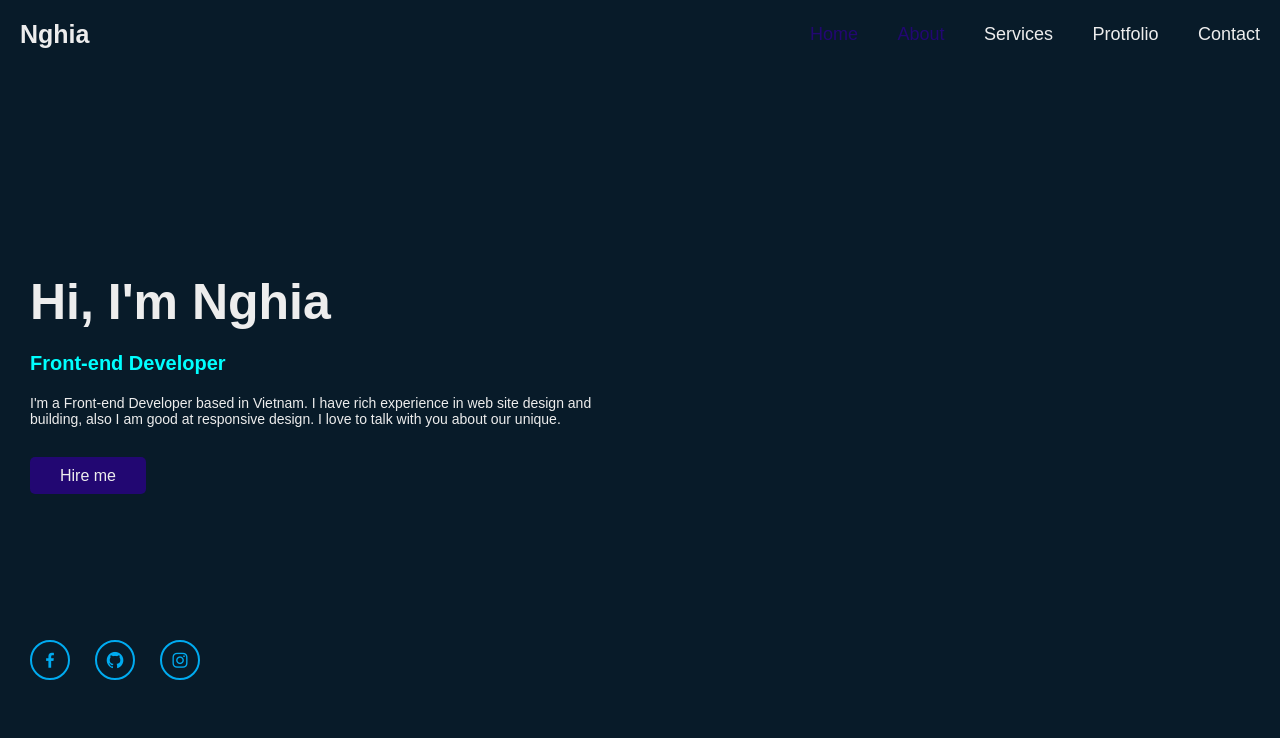
Repository: dangthongnghia/dangthongnghia.github.io
Page: Profile/about.html
An editor plug-in stored every save of this project. The page is shown before and after the next save, followed by the edit.
The browser window is 1280 px wide. The pictures show the whole page.

Above is the page before, as saved 2024-06-01 15:41:32.

After the next save:
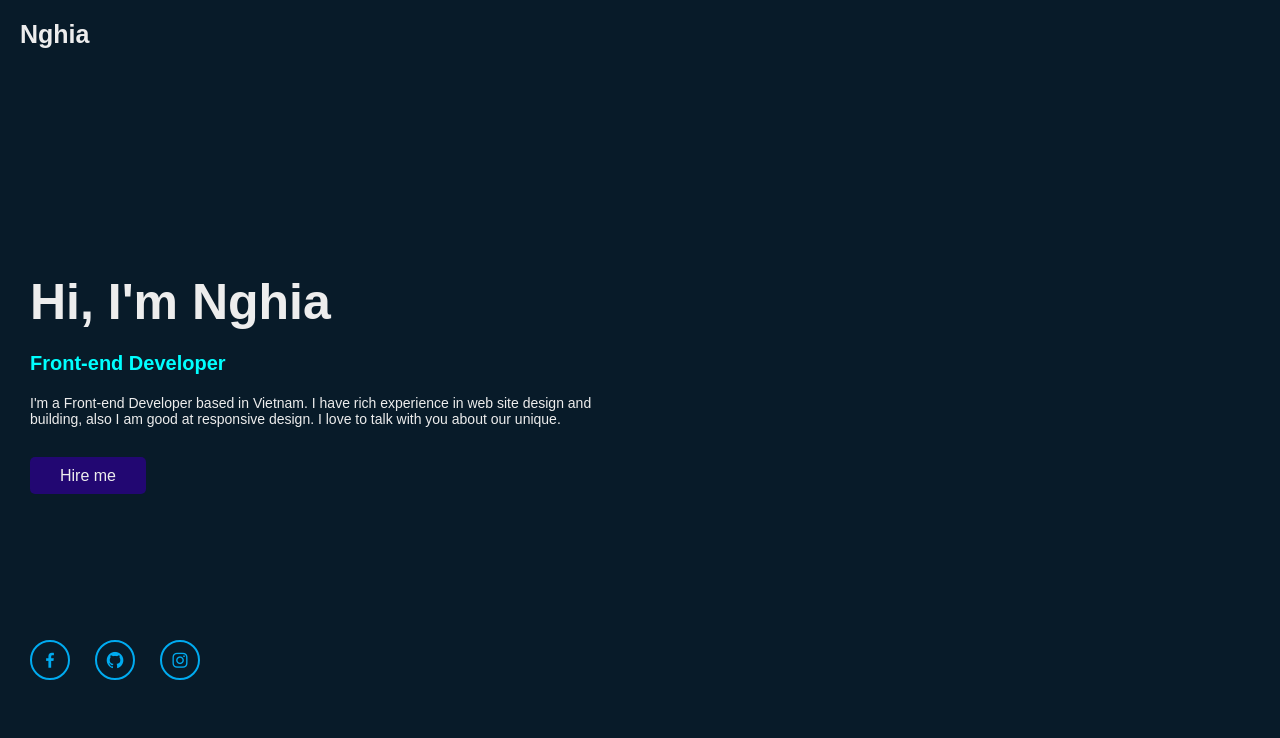
Saved 25 s later.
--- a/Profile/about.html
+++ b/Profile/about.html
@@ -17,7 +17,7 @@
     <div class="header">
         <a href="" class="logo">Nghia</a>
 
-        <nav class="navbar">
+        <nav class="menu">
             <a href="index.html" class="active">Home</a>
             <a href="about.html" class="active">About</a>
             <a href="#">Services</a>

After the save that followed:
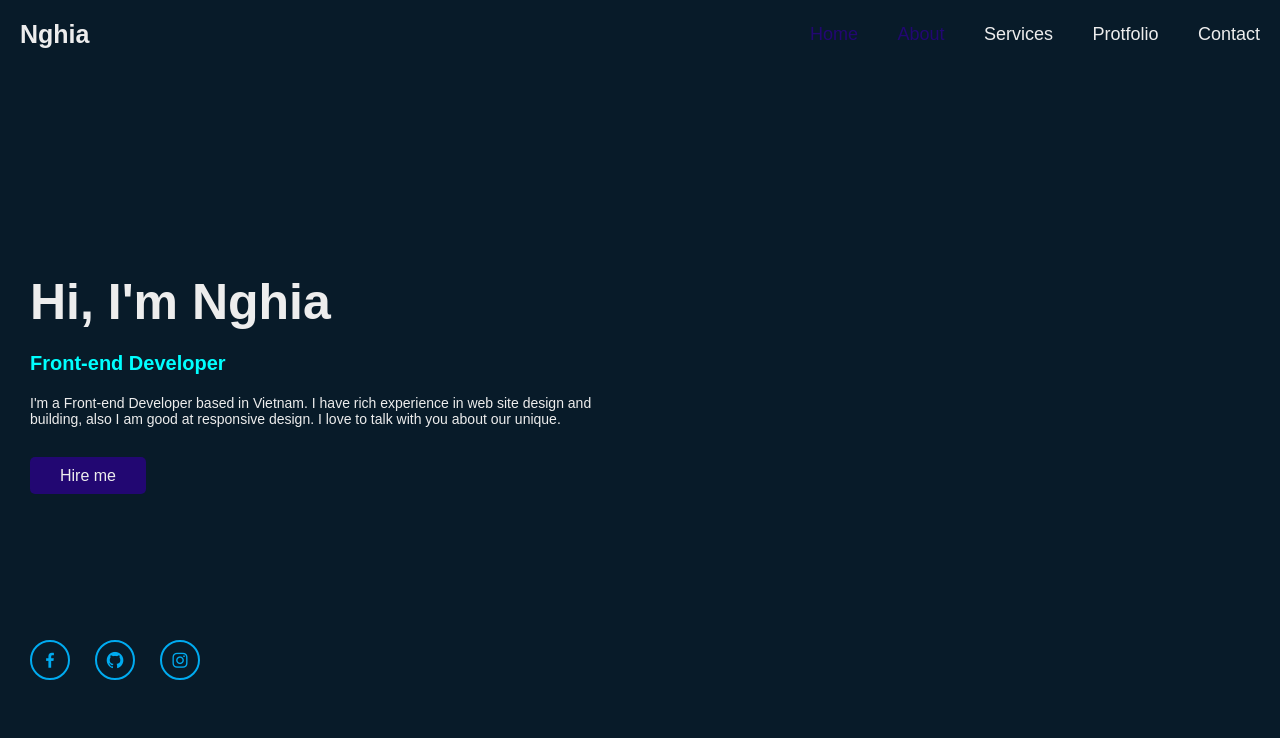
Saved 34 s later.
--- a/Profile/about.html
+++ b/Profile/about.html
@@ -17,7 +17,7 @@
     <div class="header">
         <a href="" class="logo">Nghia</a>
 
-        <nav class="menu">
+        <nav class="navbar">
             <a href="index.html" class="active">Home</a>
             <a href="about.html" class="active">About</a>
             <a href="#">Services</a>
